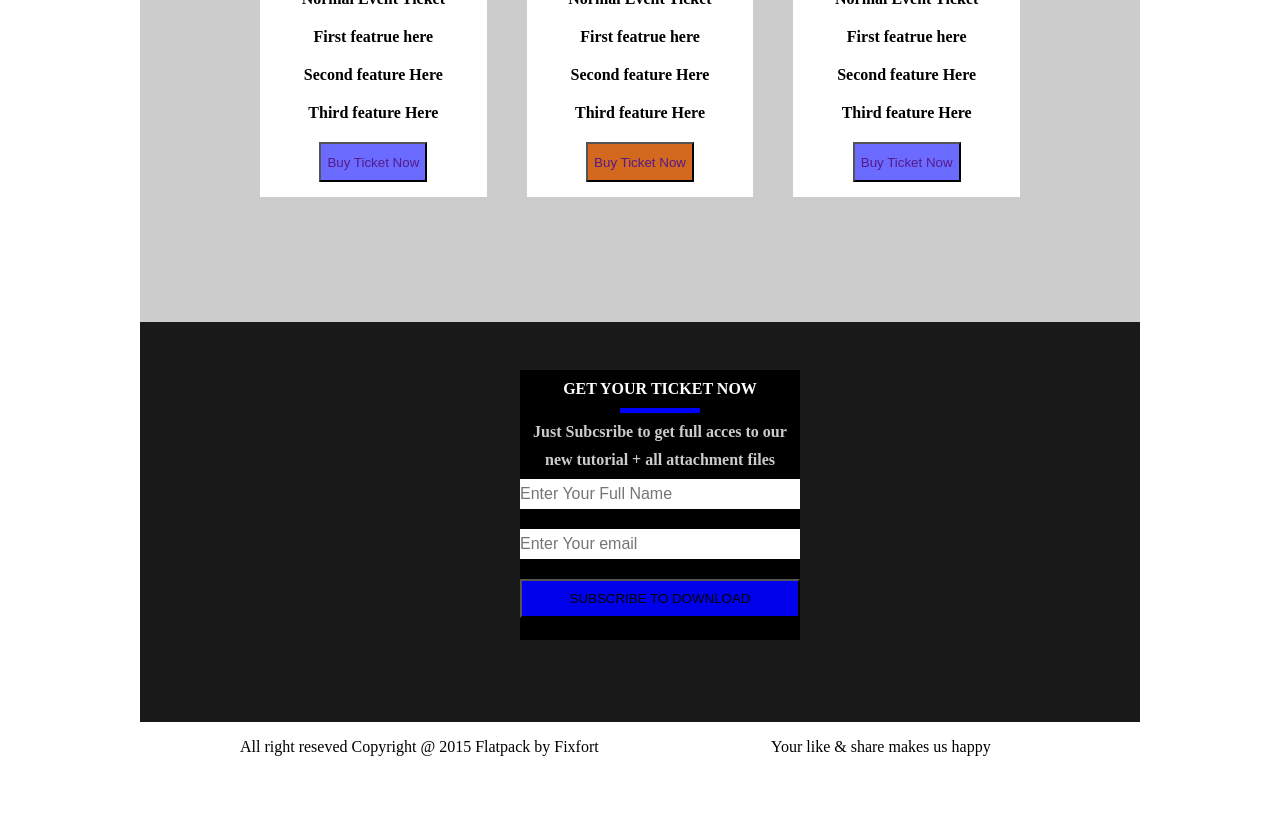
Repository: duyancol/project-ltw-nhom13
Page: page b/index.html
These files come from the project's save history. The page is drawn as it stood at one moment and after the next save; the edit follows.
The browser window is 1280 px wide. The pictures show the part of the page from y = 1038 to 1860 px (the page is 1860 px tall).
A picture or video elsewhere on the page could not be fetched, so the positions and the page height are approximate. Some web fonts or font styles are not loaded; a fallback is used.

Above is the page before, as saved 2021-10-18 12:13:11.

After the next save:
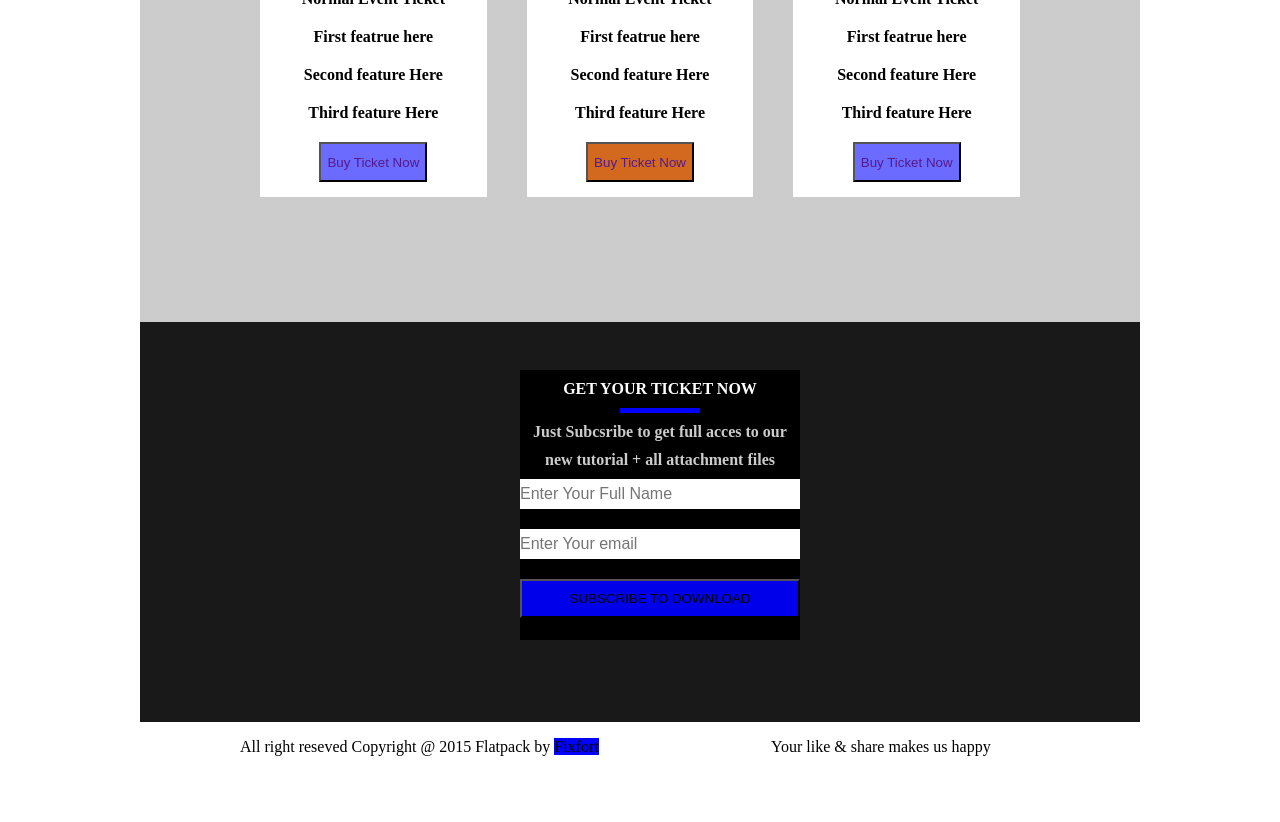
Saved 33 s later.
--- a/page b/style.css
+++ b/page b/style.css
@@ -196,3 +196,6 @@
     height: 100px;
 
   }
+  span{
+    background-color: blue;
+  }
